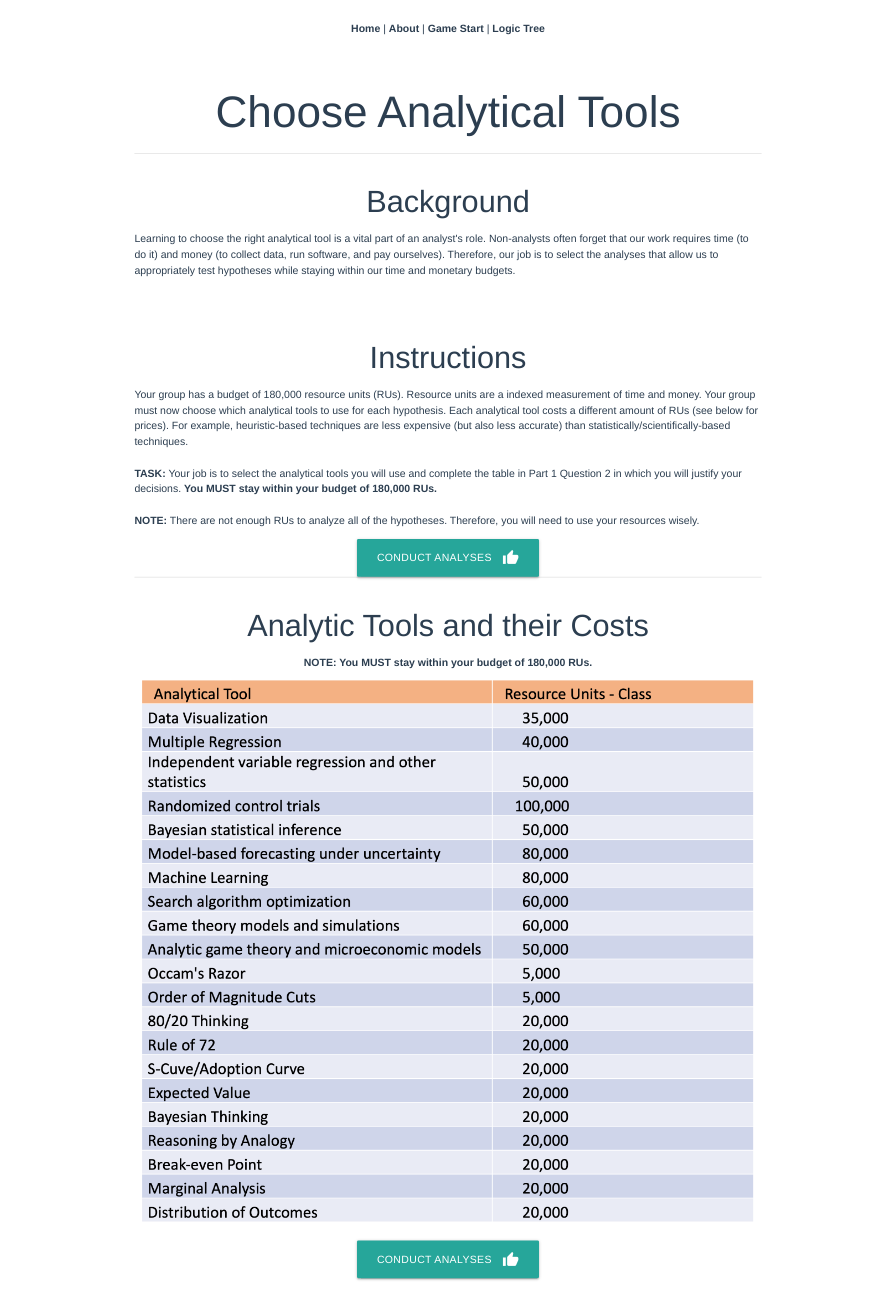
Repository: gallard28/posc4210app
Page: /#/choose_tools
The author's editor kept a copy of each file at every save. The page is drawn from the files as they stood at one save, then again after the next save.
The browser window is 1280 px wide. The pictures show the whole page, at 70% of full size.
The project was rebuilt for these pictures with package versions that can differ from the ones it lists, and the page was loaded fresh each time. Also part of the build but not shown: src/views/Home.vue, src/views/Start.vue, src/views/Scenario.vue, src/views/Prioritize.vue.

Above is the page before, as saved 2020-09-20 22:42:27.

After the next save:
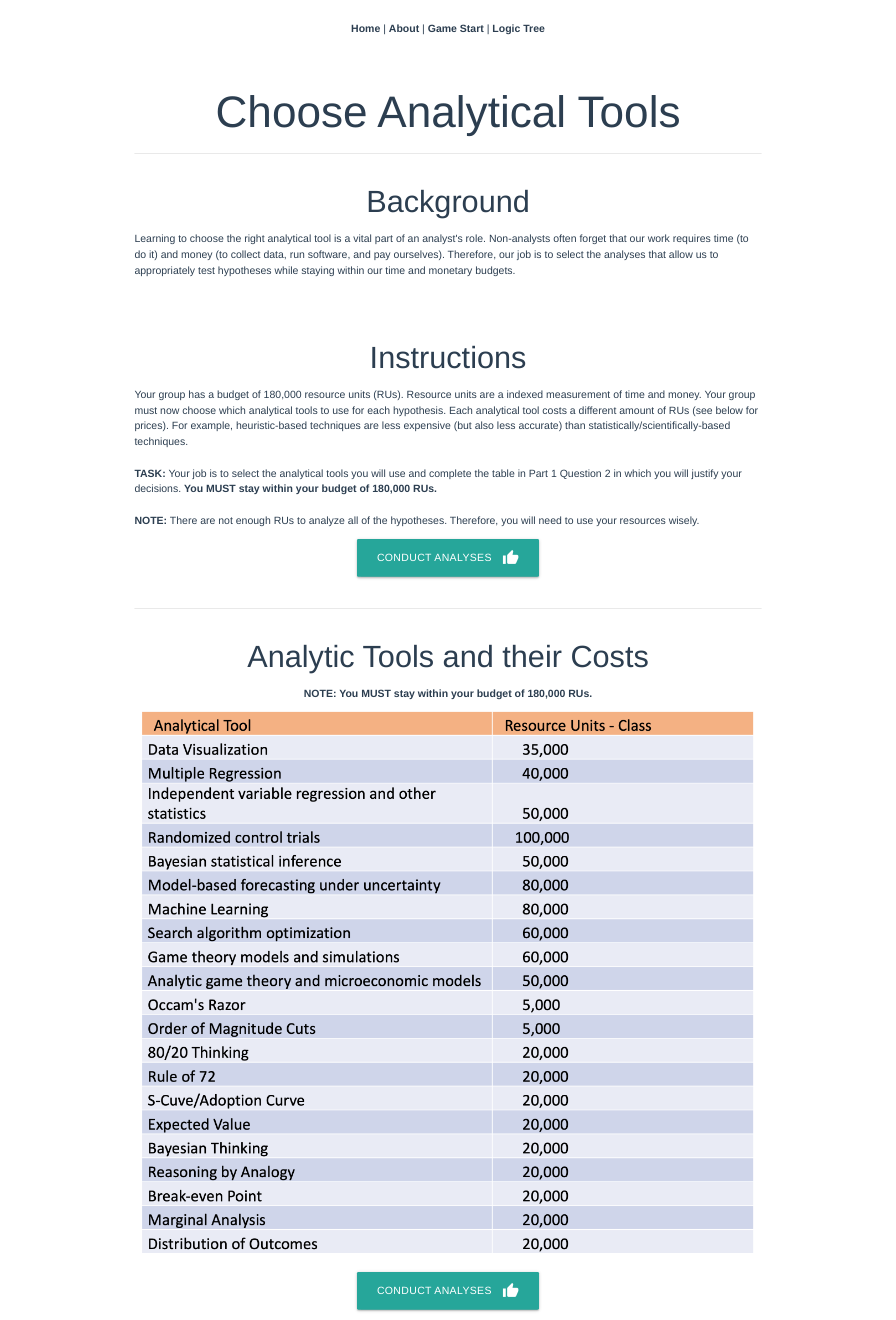
Saved 11 s later.
--- a/src/views/Choose_tools.vue
+++ b/src/views/Choose_tools.vue
@@ -20,6 +20,7 @@
               </a>
             </router-link>
           </div>
+          <br><br>
           <div class="divider"></div>
           <div class="section">
             <h3>Analytic Tools and their Costs</h3>
